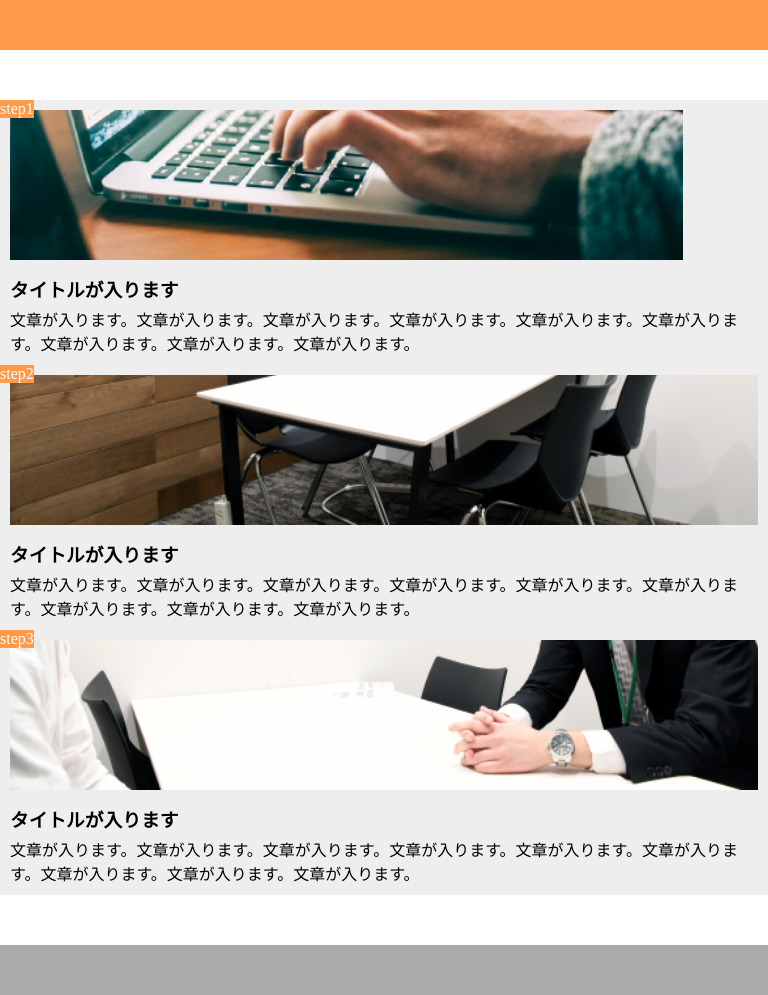
Repository: cacaobucks/git-practice
Page: answer/answer.html
The author's editor kept a record of every edit. The page is drawn from the files as they stood at one moment, then again after the next edit.
The browser window is 768 px wide. The pictures show the whole page.

Above is the page before.

### answer/answer.html
<!DOCTYPE html>
<html lang="ja">
  <head>
    <meta charset="UTF-8" />
    <meta name="viewport" content="width=device-width,initial-scale=1.0">
    <title>9章演習</title>
    <link rel="stylesheet" href="answer.css" />
  </head>
  <body>
    <header></header>
    <main>
      <div class="step-box">
        <div class="step-img1"></div>
        <span class="step-num">step1</span>
        <h3 class="title">タイトルが入ります</h3>
        <p class="text">
          文章が入ります。文章が入ります。文章が入ります。文章が入ります。文章が入ります。文章が入ります。文章が入ります。文章が入ります。文章が入ります。
        </p>
      </div>

      <div class="step-box">
        <div class="step-img2"></div>
        <span class="step-num">step2</span>
        <h3 class="title">タイトルが入ります</h3>
        <p class="text">
          文章が入ります。文章が入ります。文章が入ります。文章が入ります。文章が入ります。文章が入ります。文章が入ります。文章が入ります。文章が入ります。
        </p>
      </div>

      <div class="step-box">
        <div class="step-img3"></div>
        <span class="step-num">step3</span>
        <h3 class="title">タイトルが入ります</h3>
        <p class="text">
          文章が入ります。文章が入ります。文章が入ります。文章が入ります。文章が入ります。文章が入ります。文章が入ります。文章が入ります。文章が入ります。
        </p>
      </div>
    </main>
    <footer></footer>
  </body>
</html>

### answer/answer.css
* {
  box-sizing: border-box;
  margin: 0;
  padding: 0;
}

header {
  height: 50px;
  background-color: #ff9a4b;
}

main {
  width: 960px;
  margin: 50px auto;
}

.step-box {
  width: 300px;
  margin-right: 30px;
  padding: 10px;
  position: relative;
  background-color: #eee;
}

.step-box:last-child {
  margin-right: 0;
}

.step-img1 {
  height: 150px;
  background-image: url(img/flow01.png);
  background-position: bottom;
  background-size: cover;
}

.step-img2 {
  height: 150px;
  background-image: url(img/flow02.png);
  background-position: bottom;
  background-size: cover;
}

.step-img3 {
  height: 150px;
  background-image: url(img/flow03.png);
  background-position: bottom;
  background-size: cover;
}

.step-num {
  position: absolute;
  top: 0;
  left: 0;
  background-color: #ff9a4b;
  color: #fff;
}

.title {
  margin: 15px 0 5px;
}

footer {
  height: 50px;
  background-color: #aaa;
}



@media screen and (max-width:768px){

main{width: 100%;display: block;}

.step-box{width: 100%}

.step-img1{width: 90%;}

.step-img2{width: 100%;}

.step-img3{width: 100%;}

.step-num{}


}

After the next edit:
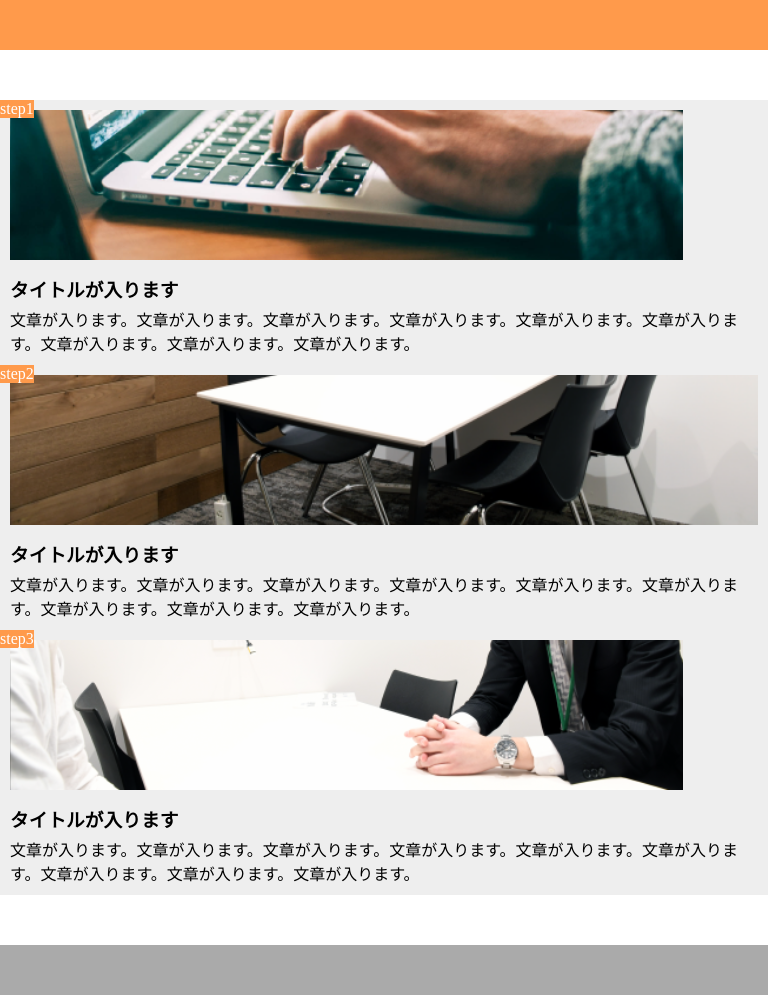
The edit:
--- a/answer/answer.css
+++ b/answer/answer.css
@@ -76,7 +76,7 @@
 
 .step-img2{width: 100%;}
 
-.step-img3{width: 100%;}
+.step-img3{width: 90%;}
 
 .step-num{}
 
